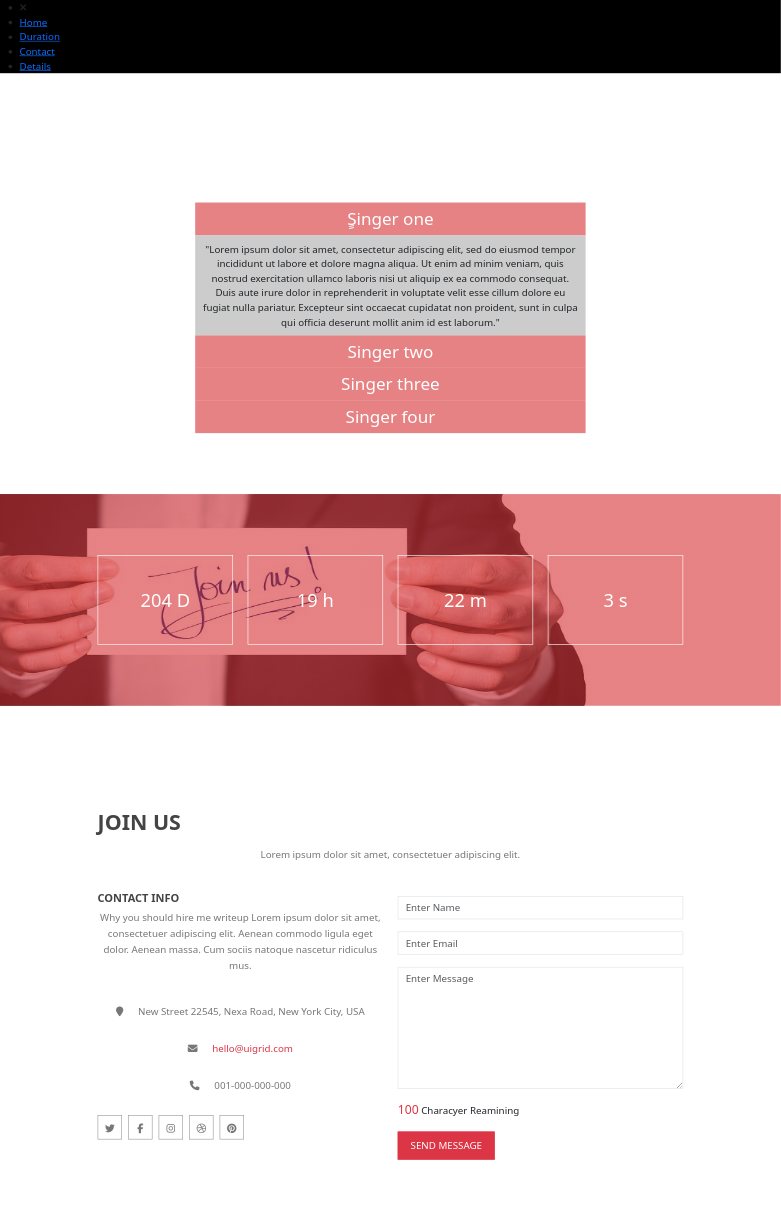
Repository: HagarYousry/jQuery
Page: index.html
The author's editor kept a copy of each file at every save. The page is drawn from the files as they stood at one save, then again after the next save.
The browser window is 1280 px wide. The pictures show the whole page, at 61% of full size.

Above is the page before, as saved 2024-07-25 18:01:29.

### index.html
<!DOCTYPE html>
<html lang="en">

<head>
    <meta charset="UTF-8">
    <meta name="viewport" content="width=device-width, initial-scale=1.0">
    <title>Egyption party</title>
    <!-- web fonts  -->
    <link rel="stylesheet" href="css/all.min.css">
    <!-- bootstrap -->
    <link rel="stylesheet" href="css/bootstrap.min.css">
    <!-- main css -->
    <link rel="stylesheet" href="css/main.css">
</head>

<body>
    <div id="home">
        <div class="home-content">

            <div class="sideNav bg-black">
                <ul>
                    <li class="p-0 closeIcon">
                        <i class="fa-solid fa-xmark "></i>
                    </li>
                     <li ><a class="sideNav-link" href="#home">Home</a></li>
                     <li ><a class="sideNav-link" href="#Acordion">Duration</a></li>
                     <li ><a class="sideNav-link" href="#contact">Contact</a></li>
                     <li ><a class="sideNav-link" href="#count">Details</a></li>
                </ul>
            </div>

            <div class="home-title text-center text-white">
                <h1>ُEgyption Party</h1>
                <p>Let's have Fun</p>
            </div>


        </div>
    </div>










    <!-- ! start sideNav section -->
    <!-- <section id="sideNav">
        <div class="navAnchor bg-black">
            <ul>
                <li class="p-0 closeIcon">
                    <i class="fa-solid fa-xmark "></i>
                </li>
                 <li ><a class="sideNav-link" href="#home">Home</a></li>
                 <li ><a class="sideNav-link" href="#Acordion">Duration</a></li>
                 <li ><a class="sideNav-link" href="#contact">Contact</a></li>
                 <li ><a class="sideNav-link" href="#count">Details</a></li>
            </ul>
        </div>

        <div class="navIcon align-self-center bg-danger bg-opacity-50 m-1 text-white p-2">
            <div class="navIcon-content d-flex align-items-center">
                <i class="fa-solid fa-bars"></i>
                <h4 class="ms-2">open</h4>
            </div>
        </div>
    </section> -->
    <!--! end sideNav section -->

    <!--! start header section  -->
    <!-- <header id="home" class="d-flex justify-content-center align-items-center flex-column">
        <div class="home-content text-center text-white">
            <h1>ُEgyption Party</h1>
            <p>Let's have Fun</p>
        </div>
    </header> -->
    <!--! end header section  -->

    <!-- start Acordion section  -->
    <section id="Acordion" class="text-center">

        <div class="container-fluid w-50 ">
            <h3 class="toggle ">ٍSinger one</h3>
            <div class="inner first">"Lorem ipsum dolor sit amet, consectetur adipiscing elit, sed do eiusmod tempor
                incididunt ut labore et dolore magna aliqua. Ut enim ad minim veniam, quis nostrud exercitation ullamco
                laboris nisi ut aliquip ex ea commodo consequat. Duis aute irure dolor in reprehenderit in voluptate
                velit
                esse cillum dolore eu fugiat nulla pariatur. Excepteur sint occaecat cupidatat non proident, sunt in
                culpa
                qui officia deserunt mollit anim id est laborum."
            </div>


            <h3 class="toggle">Singer two</h3>
            <div class="inner">"Sed ut perspiciatis unde omnis iste natus error sit voluptatem accusantium doloremque
                laudantium, totam rem aperiam, eaque ipsa quae ab illo inventore veritatis et quasi architecto beatae
                vitae
                dicta sunt explicabo. Nemo enim ipsam voluptatem quia voluptas sit aspernatur aut odit aut fugit, sed
                quia
                consequuntur magni dolores eos qui ratione voluptatem sequi nesciunt. Neque porro quisquam est, qui
                dolorem
                ipsum quia dolor sit amet, consectetur, adipisci velit, sed quia non numquam eius modi tempora incidunt
                ut
                labore et dolore magnam aliquam quaerat voluptatem. Ut enim ad minima veniam, quis nostrum
                exercitationem
                ullam corporis suscipit laboriosam, nisi ut aliquid ex ea commodi consequatur? Quis autem vel eum iure
                reprehenderit qui in ea voluptate velit esse quam nihil molestiae consequatur, vel illum qui dolorem eum
                fugiat quo voluptas nulla pariatur?"
            </div>


            <h3 class="toggle">Singer three</h3>
            <div class="inner">"But I must explain to you how all this mistaken idea of denouncing pleasure and praising
                pain was born and I will give you a complete account of the system, and expound the actual teachings of
                the
                great explorer of the truth, the master-builder of human happiness. No one rejects, dislikes, or avoids
                pleasure itself, because it is pleasure, but because those who do not know how to pursue pleasure
                rationally
                encounter consequences that are extremely painful. Nor again is there anyone who loves or pursues or
                desires
                to obtain pain of itself, because it is pain, but because occasionally circumstances occur in which toil
                and
                pain can procure him some great pleasure. To take a trivial example, which of us ever undertakes
                laborious
                physical exercise, except to obtain some advantage from it? But who has any right to find fault with a
                man
                who chooses to enjoy a pleasure that has no annoying consequences, or one who avoids a pain that
                produces no
                resultant pleasure?"
            </div>


            <h3 class="toggle">Singer four</h3>
            <div class="inner">"At vero eos et accusamus et iusto odio dignissimos ducimus qui blanditiis praesentium
                voluptatum deleniti atque corrupti quos dolores et quas molestias excepturi sint occaecati cupiditate
                non
                provident, similique sunt in culpa qui officia deserunt mollitia animi, id est laborum et dolorum fuga.
                Et
                harum quidem rerum facilis est et expedita distinctio. Nam libero tempore, cum soluta nobis est eligendi
                optio cumque nihil impedit quo minus id quod maxime placeat facere possimus, omnis voluptas assumenda
                est,
                omnis dolor repellendus. Temporibus autem quibusdam et aut officiis debitis aut rerum necessitatibus
                saepe
                eveniet ut et voluptates repudiandae sint et molestiae non recusandae. Itaque earum rerum hic tenetur a
                sapiente delectus, ut aut reiciendis voluptatibus maiores alias consequatur aut perferendis doloribus
                asperiores repellat."

            </div>

        </div>
    </section>
    <!-- end Acordion section  -->

    <!-- start count section  -->
    <section id="count">
        <div class="container-fluid w-75 text-center text-white">
            <div class="row">
                <div class="col-md-3">
                    <div class="time">
                        <span class="days">00</span>
                    </div>
                </div>

                <div class="col-md-3">
                    <div class="time">
                        <span class="hours">00</span>
                    </div>
                </div>

                <div class="col-md-3">
                    <div class="time">
                        <span class="minutes">00</span>
                    </div>
                </div>

                <div class="col-md-3">
                    <div class="time">
                        <span class="seconds">00</span>
                    </div>
                </div>

            </div>
        </div>
    </section>
    <!-- end count section  -->

    <!-- start contact-us section  -->
    <section id="contact">
        <div class="container-fluid w-75">
            <div class="head">
                <h2 class="text-uppercase fw-bold">Join Us</h2>
                <p class="text-center">Lorem ipsum dolor sit amet, consectetuer adipiscing elit.</p>
            </div>
            <div class="row mt-5">
                <div class="col-md-6">
                    <div class="col-info">
                        <h3 class="text-uppercase">CONTACT INFO</h3>
                        <p class="text-center">Why you should hire me writeup Lorem ipsum dolor sit amet, consectetuer
                            adipiscing elit.
                            Aenean commodo ligula eget dolor. Aenean massa. Cum sociis natoque nascetur ridiculus mus.
                        </p>

                        <div class="icons text-center">
                            <p><i class="fa fa-map-marker"></i> New Street 22545, Nexa Road, New York City, USA</p>

                            <p class="text-danger"><i class="fa fa-envelope"></i> hello@uigrid.com</p>
                            <p><i class="fa fa-phone"></i> 001-000-000-000</p>
                        </div>

                        <div class="social d-flex align-items-center">

                            <i class="fab fa-twitter fa-fw"></i>
                            <i class="fab fa-facebook-f fa-fw"></i>
                            <i class="fab fa-instagram fa-fw"></i>
                            <i class="fab fa-dribbble fa-fw"></i>
                            <i class="fab fa-pinterest fa-fw"></i>

                        </div>
                    </div>
                </div>

                <div class="col-md-6">
                    <form>

                        <input class="form-control mt-2" type="text" placeholder="Enter Name">
                        <input class="form-control" type="email" placeholder="Enter Email">
                        <textarea class="form-control " placeholder="Enter Message"></textarea>
                        <span id="chars" class="text-danger">100</span> Characyer Reamining
                        <button class="btn btn-danger text-uppercase">Send Message</button>

                    </form>
                </div>
            </div>
        </div>
    </section>
    <!-- end contact-us section  -->


    <!-- jquery  -->
    <script src="js/jquery-3.7.1.min.js"></script>
    <!-- index js  -->
    <script src="js/index.js"></script>


</body>

</html>

### css/main.css
#home{

}






/* #sideNav {
    position: fixed;
    top: 0;
    bottom: 0;
    left: 0;
    display: flex;
    z-index: 9999;
}

#sideNav .navAnchor {
    padding: 40px 0 0 0;
    position: relative;
}

#sideNav .navAnchor ul {
    padding: 0 20px 0 20px;
}

#sideNav .navAnchor ul li {
    padding: 25px;
    list-style: none;
    cursor: pointer;
}

#sideNav .navAnchor ul li:hover a {
    color: rgba(214, 46, 51, 0.4);
}

#sideNav .navAnchor ul li a {
    text-decoration: none;
    font-size: 25px;
    color: white;
    transition: 0.3s all;
}


.closeIcon {
    position: absolute;
    top: 0;
    right: 25px;
    font-size: 26px;
    margin-left: 50px;
    color: white;
}

.navIcon {
    border-radius: 20px 20px;
}

.navIcon i,
.navIcon h4 {
    font-size: 30px;
    cursor: pointer;
}

@media (max-width: 991.98px) {
    .navIcon {
        align-self: flex-start !important;
    }

    .navIcon .navIcon-content {
        flex-direction: column;
    }
}


header {
    height: 100vh;
    background-image: linear-gradient(rgba(214, 46, 51, 0.6), rgba(214, 46, 51, 0.6)),
        url(../imgs/events-heavenly-header.jpg);
    background-position: center;
    background-size: cover;
    background-repeat: no-repeat;
}

header h1 {
    font-size: 60px;
} */



/* start Acordion section  */
#Acordion {
    padding: 100px auto;
}

.toggle {
    background-color: rgba(214, 46, 51, 0.6);
    cursor: pointer;
    color: white;
    padding: 10px;
    margin: 0px;
}

.inner {
    background-color: rgb(204, 204, 204);
    display: none;
    padding: 10px;
}

#Acordion .first {
    display: block;
}

/* end Acordion section  */

/* start count section  */

#count {
    background-image: linear-gradient(rgba(214, 46, 51, 0.6), rgba(214, 46, 51, 0.6)), url(../imgs/invitation-2508607__340.jpg);
    background-repeat: no-repeat;
    background-position: center center;
    background-size: 100% 100%;
    position: relative;
}

.container-fluid {
    padding: 100px 0px;
}

.time {
    padding: 50px;
    border: 1px solid #FFF;
    font-weight: 500;
    font-size: 30px;
}

/* end count section  */

/* start contact-us section  */
#contact {
    margin-top: 70px;
}

#contact .head h2 {
    font-size: 35px;
    color: #444;
    margin-bottom: 20px;
}

#contact .head p {
    color: #777;
    font-weight: 300;
    font-size: 16px;
}

#contact .col-md-6 .col-info .icons {
    margin-top: 50px;
}

#contact .col-md-6 .col-info .icons p {
    margin-bottom: 35px;
}

#contact .col-md-6 .col-info h3 {
    color: #444;
    font-size: 18px;
    font-weight: 900;
}

#contact .col-md-6 .col-info p {
    font-size: 16px;
    line-height: 26px;
    color: #777;
}

#contact i {
    margin-right: 20px;
    color: #777;
}

#contact .col-md-6 .col-info .social i {
    margin-right: 10px;
    border: 1px solid #999;
    width: 40px;
    height: 40px;
    line-height: 42px;
    cursor: pointer;
    text-align: center;
    transition: 0.5s all;
}

#contact .col-md-6 .col-info .social i:hover {
    color: #fff;
    background-color: #D62E33;
    border: 1px solid #D62E33;
}

#contact .col-md-6 form input,
#contact .col-md-6 form textarea {
    margin-bottom: 20px;
    border-radius: 0;
}

#contact .col-md-6 form textarea {
    height: 200px;
    resize: vertical;
}

#contact .col-md-6 form button {
    padding: 10px 20px;
    border-radius: 0;
    margin-top: 20px;
    display: block;
}

#contact .col-md-6 form #chars {
    font-size: 20px;
}
/* end contact-us section  */

### js/index.js
/// <reference types="../@types/jquery"/>

// start sideNav section

const navAnchorwidth = $('.navAnchor').outerWidth(true);

// console.log(navAnchorwidth);

//! first: Close sideNav
$('#sideNav')
    .animate({ left: -navAnchorwidth }, 0);

let isOpen = false

//! second: on click "navIcon" ,toggle open & close sideNav
$('#sideNav .navIcon')
    .on('click', function () {
        let status;
        // = isOpen ? -navAnchorwidth : 0;
        if (isOpen) {
            status = -navAnchorwidth
            $('.home-content').animate({ marginLeft: 0 }, 1000)
        } else {
            status = 0
            $('.home-content').animate({ marginLeft: navAnchorwidth }, 1000)
        }
        isOpen = !isOpen;

        $(this).parent()
            .animate({ left: status }, 1000)

    })

//! closeIcon
$('.closeIcon')
    .on('click', function () {
        isOpen = !isOpen;
        $('#sideNav')
            .animate({ left: -navAnchorwidth }, 1000);
        $('.home-content').animate({ marginLeft: 0 }, 1000)
    })


//! scroll to sections
$('.sideNav-link[href^="#"]')
    .on('click', function () {
        const sectionId = $(this).attr('href');
        // console.log(section);
        //! get section top
        const sectionTop = $(sectionId).offset().top;
        // console.log(top);
        $('html , body')
            .animate({ scrollTop: sectionTop }, 2000)
    })

// end sideNav section

// start Acordion section
//! slideToggle effect
$('#Acordion .toggle').on('click', function () {
    //! slide up all inner except the one i clicked on
    $('.inner').not($(this).next()).slideUp(500);
    //! slide toggle
    $(this).next().slideToggle(500);
});
// end Acordion section

//start count section
$(window).on('load', function () {
    countDownTime("24 january 2025 00:00:00");
})


function countDownTime(countTo) {

    //! get countTo date
    let futureDate = new Date(countTo);
    futureDate = (futureDate.getTime() / 1000);
    // console.log(futureDate);

    //! get current date
    let now = new Date();
    // console.log(now);
    now = (now.getTime() / 1000);

    //! get the difference between current date and countTo date by sec
    timeDifference = (futureDate - now);

    //?(24 * 60 * 60) ==> num. of sec in day ==> 86400
    let days = Math.floor(timeDifference / 86400);
    let hours = Math.floor((timeDifference - (days * 86400)) / 3600);
    let mins = Math.floor((timeDifference - (days * 86400) - (hours * 3600)) / 60);
    let secs = Math.floor((timeDifference - (days * 86400) - (hours * 3600) - (mins * 60)))


    $(".days").html(`${days} D`);
    $(".hours").html(`${hours} h`);
    $(".minutes").html(`${mins} m`);
    $('.seconds').html(`${secs} s`)

    //! Repeating the Countdown Every Second
    setInterval(function () {
        countDownTime(countTo);
    }, 1000);
}
//end count section

//start contact-us section
let maxLength = 100;
$('textarea').on('keyup', function () {
    //! val as getter ==> lenght
    let length = $(this).val().length;
    // console.log(length);
    let AmountLeft = maxLength - length;
    console.log(AmountLeft);
    if (AmountLeft <= 0) {
        $("#chars").text("your available characters finished");
    }
    else {
        $("#chars").text(AmountLeft);
    }
});
//end contact-us section

Loaded but not shown: css/all.min.css (library); css/bootstrap.min.css (library); js/jquery-3.7.1.min.js (library)

After the next save:
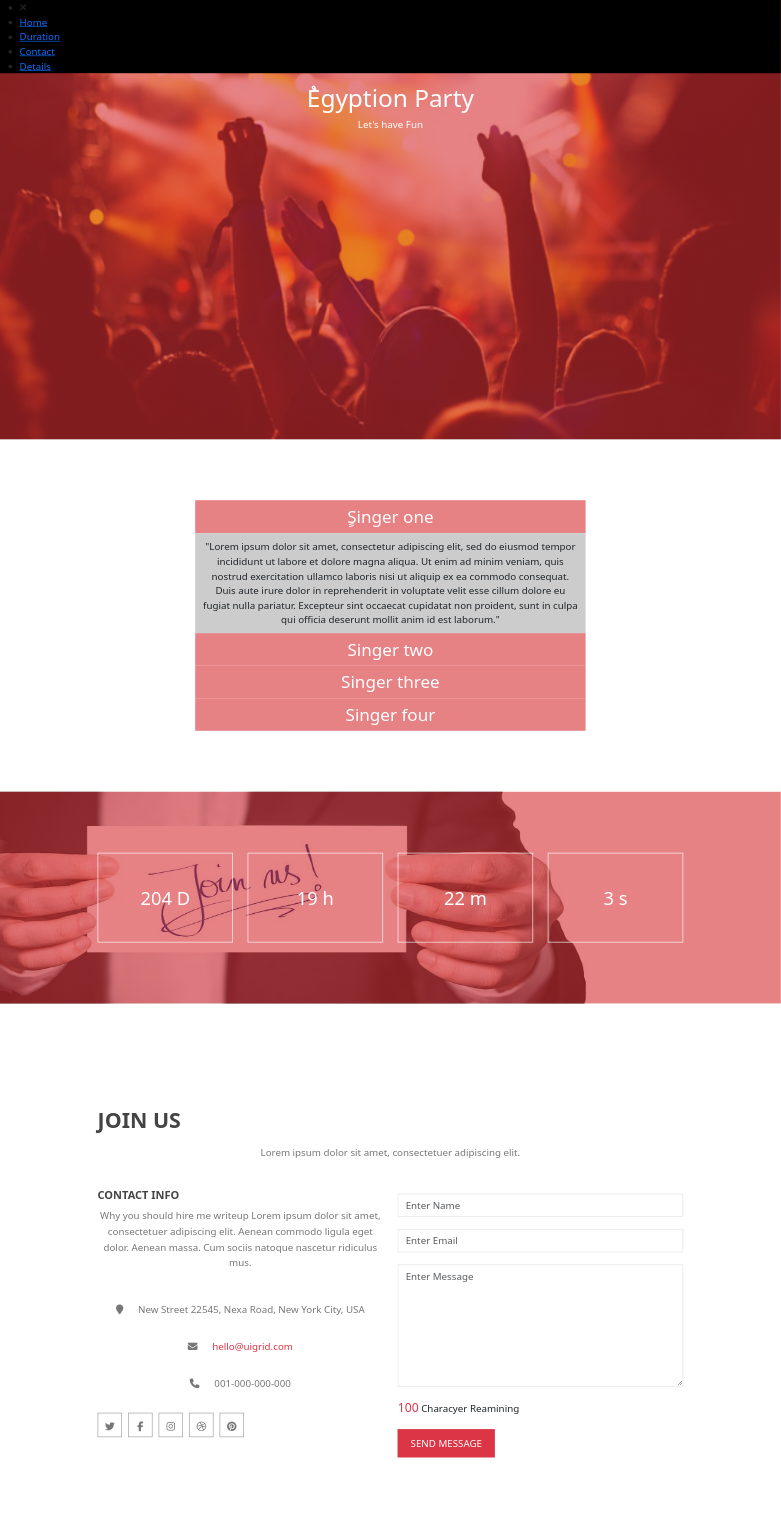
Saved 8 s later.
--- a/css/main.css
+++ b/css/main.css
@@ -1,5 +1,10 @@
 #home{
-
+    height: 100vh;
+    background-image: linear-gradient(rgba(214, 46, 51, 0.6), rgba(214, 46, 51, 0.6)),
+        url(../imgs/events-heavenly-header.jpg);
+    background-position: center;
+    background-size: cover;
+    background-repeat: no-repeat;
 }
 
 
